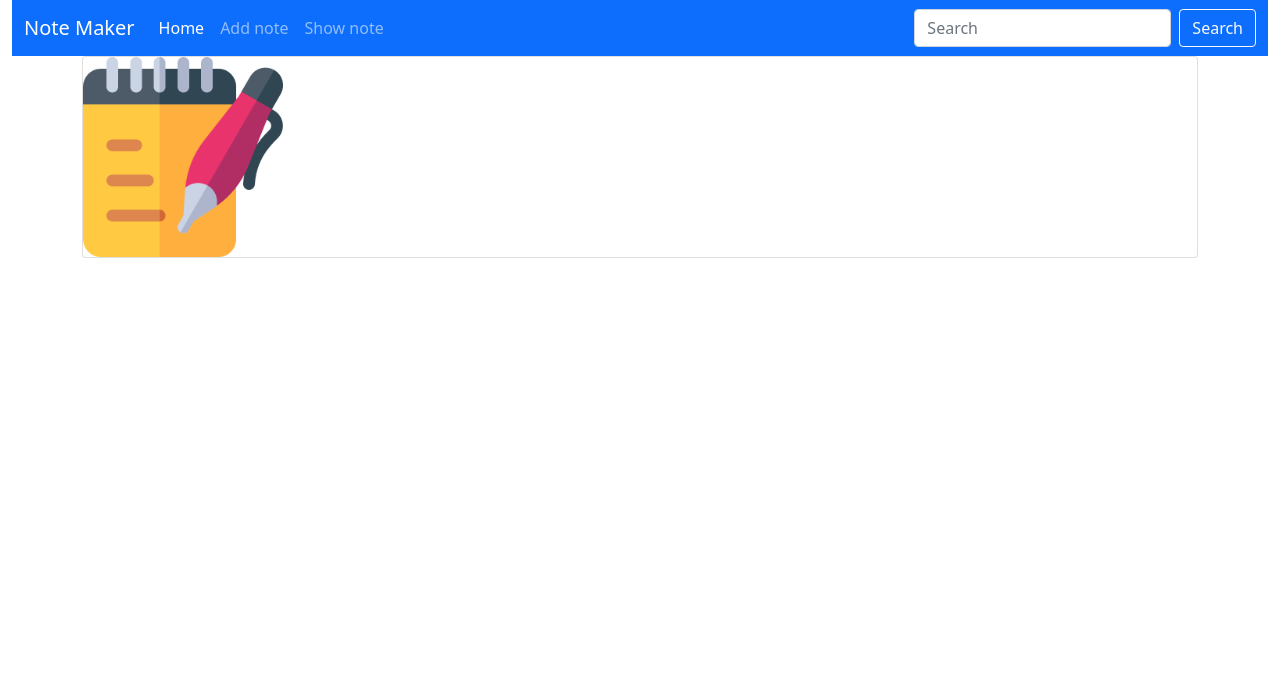
Repository: sachin1830/hibernateproject
Page: http://localhost/com.todolist/
An editor plug-in stored every save of this project. The page is shown before and after the next save, followed by the edit.
The browser window is 1280 px wide. The pictures show the whole page.
Some web libraries are served in a nearby version. The page is served by Tomcat 9.

Above is the page before, as saved 2021-01-23 05:52:53.

After the next save:
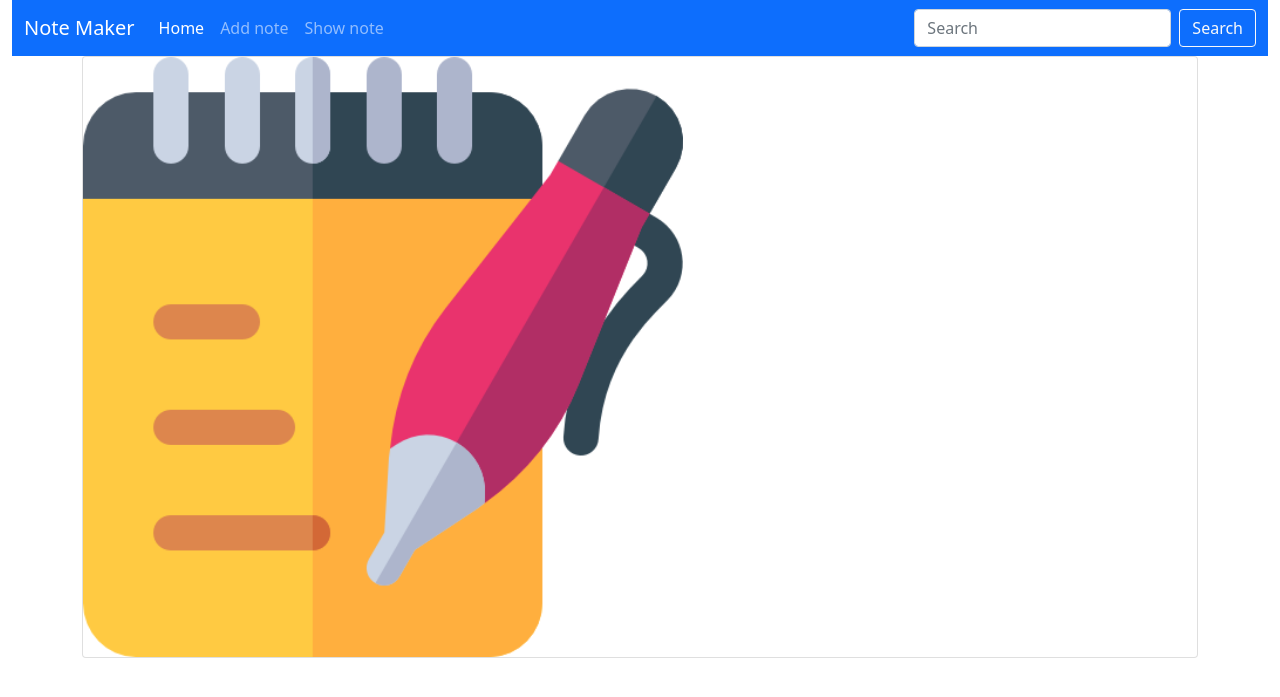
Saved 11 s later.
--- a/com.todolist/src/main/webapp/index.jsp
+++ b/com.todolist/src/main/webapp/index.jsp
@@ -16,7 +16,7 @@
   	</div>
   	<div class="container">
   		<div class="card">
-  			<img src="img/notes.png" alt="image not found" style="max-width:200px">
+  			<img src="img/notes.png" alt="image not found" style="max-width:600px">
   		</div>
   	</div>
 
